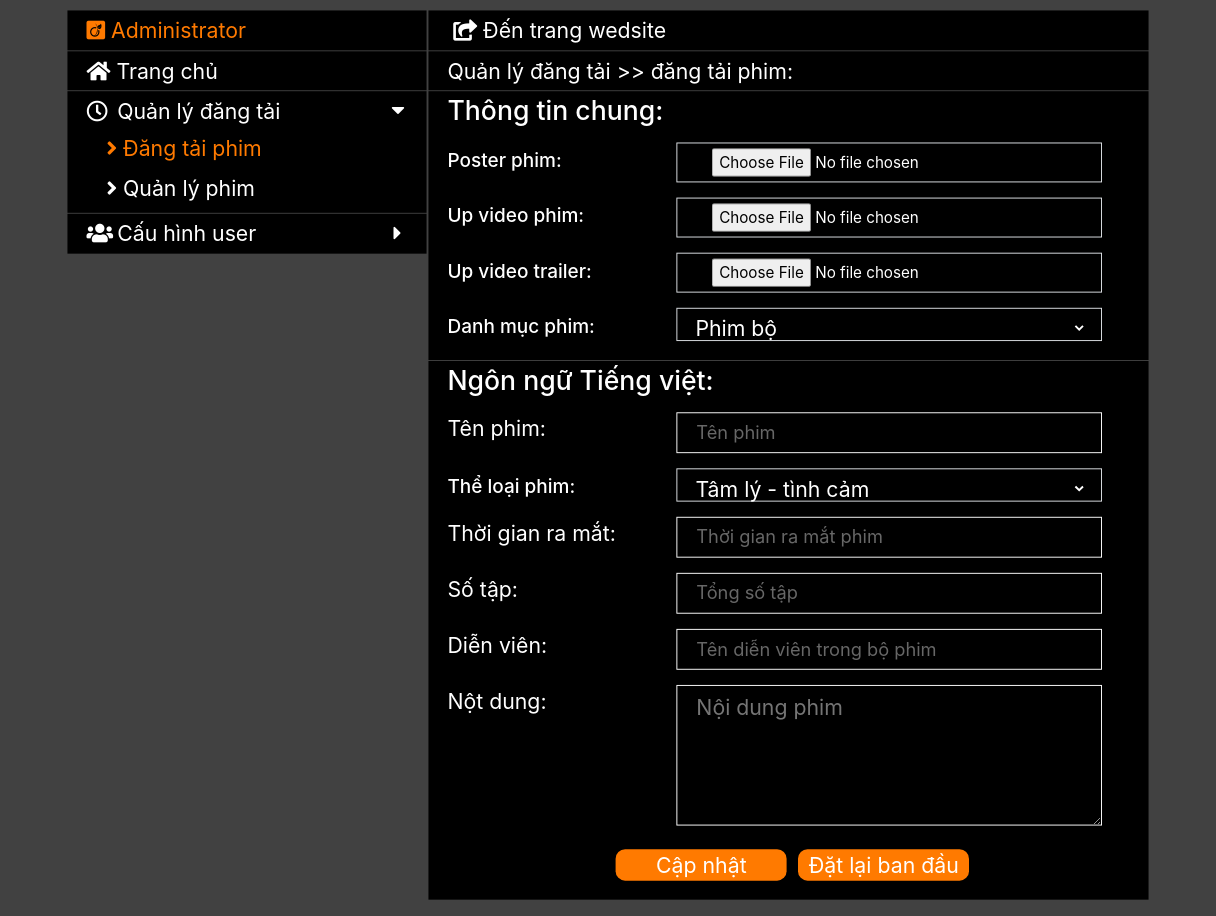
Repository: SonNguyen892002/Lau-Dai-Code
Page: http://localhost/wed-jdbc-1-2023/decorators/admin/dangtaiphim.jsp
These files come from the project's save history. The page is drawn as it stood at one moment and after the next save; the edit follows.
The browser window is 1280 px wide. The pictures show the whole page, at 95% of full size.
The page is served by Tomcat 9. Nobody is signed in. The application's start-up code is not run. Other server files are loaded and not shown.

Above is the page before, as saved 2022-01-16 04:52:15.

### workspace/wed-jdbc-1-2023/src/main/webapp/decorators/admin/dangtaiphim.jsp
<%@ page language="java" contentType="text/html; charset=UTF-8"
	pageEncoding="UTF-8"%>

<%@ include file="header.jsp" %>

<form action="">

	<div class="black p2">
		<h3>Thông tin chung:</h3>

		<div class="row mt">
			<div class="col-xl-4">
				<h5>Poster phim:</h5>
			</div>

			<div class="col-xl-7 border">
				<input class="p2" type="file" name="" id="">
			</div>
		</div>

		<div class="row mt">
			<div class="col-xl-4">
				<h5>Up video phim:</h5>
			</div>

			<div class="col-xl-7 border">
				<input class="p2" type="file" name="" id="">
			</div>
		</div>

		<div class="row mt">
			<div class="col-xl-4">
				<h5>Up video trailer:</h5>
			</div>

			<div class="col-xl-7 border">
				<input class="p2" type="file" name="" id="">
			</div>
		</div>

		<div class="row mt mb">
			<div class="col-xl-4">
				<h5>Danh mục phim:</h5>
			</div>

			<div class="col-xl-7 border">
				<select name="danhmuc" id="">
					<option value="1">Phim bộ</option>
					<option value="2">Phim lẻ</option>
					<option value="3">Phim hoạt hình</option>
					<option value="4">Phim sắp chiếu</option>
				</select>
			</div>
		</div>
	</div>

	<div class="black p2">
		<h3>Ngôn ngữ Tiếng việt:</h3>

		<div class="row mt">
			<div class="col-xl-4">
				<label for="userfim">Tên phim:</label>
			</div>

			<div class="col-xl-7 p0">
				<input type="text" name="" id="userfim" placeholder="Tên phim">
			</div>
		</div>

		<div class="row mt">
			<div class="col-xl-4">
				<h5>Thể loại phim:</h5>
			</div>

			<div class="col-xl-7 border">
				<select name="danhmuc" id="">
					<option value="1">Tâm lý - tình cảm</option>
					<option value="2">Võ thuật</option>
					<option value="3">Phim Thiếu nhi</option>
					<option value="4">Khoa học - viễn tưởng</option>
					<option value="5">Cổ trang</option>
					<option value="6">Kinh dị</option>
					<option value="7">Hài hước</option>
				</select>
			</div>
		</div>

		<div class="row mt">
			<div class="col-xl-4">
				<label for="loock">Thời gian ra mắt:</label>
			</div>

			<div class="col-xl-7 p0">
				<input type="text" name="" id="loock"
					placeholder="Thời gian ra mắt phim">
			</div>
		</div>

		<div class="row mt">
			<div class="col-xl-4">
				<label for="episode">Số tập:</label>
			</div>

			<div class="col-xl-7 p0">
				<input type="text" name="" id="episode" placeholder="Tổng số tập">
			</div>
		</div>

		<div class="row mt">
			<div class="col-xl-4">
				<label for="episode">Diễn viên:</label>
			</div>

			<div class="col-xl-7 p0">
				<input type="text" name="" id="episode" placeholder="Tên diễn viên trong bộ phim">
			</div>
		</div>

		<div class="row mt mb">
			<div class="col-xl-4">
				<label for="textar">Nột dung:</label>
			</div>

			<div class="col-xl-7 p0">
				<textarea name="" id="textar" rows="4" placeholder="Nội dung phim"></textarea>
			</div>
		</div>

		<div class="row center mt mb">
			<div class="col-xl-3 col-lg-3 col-sm-3 col-3 p0">
				<input type="button" value="Cập nhật">
			</div>

			<div class="col-xl-3 col-lg-3 col-sm-3 col-3 p0">
				<input type="reset" value="Đặt lại ban đầu">
			</div>
		</div>
	</div>

</form>

<script>
	const btnA = document.querySelector('.t');
	document.querySelector('#menu').classList.remove('off');
	document.querySelector('#menu a').classList.add('active');
	document.querySelector('.a').classList.add('down');

	btnA.innerHTML = "Quản lý đăng tải >> đăng tải phim:";
</script>

<%@ include file="footer.jsp" %>

### workspace/wed-jdbc-1-2023/src/main/webapp/decorators/admin/header.jsp
<%@ page language="java" contentType="text/html; charset=UTF-8"
    pageEncoding="UTF-8"%>
<!DOCTYPE html>
<html>
<head>
    <meta charset="UTF-8">
    <title>admin</title>
    <link rel="stylesheet" href="./styleadmin.css">
    <link rel="stylesheet" href="../fontawesome-free-5.15.3-web/css/all.min.css">
    <link rel="stylesheet" href="https://cdn.jsdelivr.net/npm/bootstrap@4.6.1/dist/css/bootstrap.min.css">
</head>
<body>

    <div class="container mb">
        <div class="row">

            <div class="col-xl-4 p0">

                <div class="black p2 sz">
                    <i class="fab fa-viadeo-square"></i>
                    Administrator
                </div>

                <div class="black p2">
                    <i class="fas fa-home"></i>
                    Trang chủ
                </div>

                <!-- QUẢN LÝ ĐĂNG TẢI -->
                <div class="black p2">
                    <div id="btn" onclick="Button()" class="row">
                        <div class="col-xl-1">
                            <i class="far fa-clock"></i>
                        </div>

                        <div class="col-xl-9">
                            <span>
                                Quản lý đăng tải
                            </span>
                        </div>

                        <div class="col-xl-2">
                            <span class="a">
                                <i class="fas fa-caret-right"></i>
                            </span>
                        </div>
                    </div>

                    <div id="menu" class="off">
                        <a href="./dangtaiphim.jsp" class="black p2">
                            <i class="fas fa-angle-right"></i>
                            <span>Đăng tải phim</span>
                        </a>

                        <a href="./qlphim.jsp" class="black p2 l">
                            <i class="fas fa-angle-right"></i>
                            <span>Quản lý phim</span>
                        </a>
                    </div>
                </div>

                <!-- CẤU HÌNH USER -->
                <div class="black p2">
                    <div id="btn" onclick="Button1()" class="row">
                        <div class="col-xl-1 col-lg-1 col-sm-1 col-1">
                            <i class="fas fa-users"></i>
                        </div>

                        <div class="col-xl-9 col-lg-9 col-sm-9 col-9">
                            <span>
                                Cấu hình user
                            </span>
                        </div>

                        <div class="col-xl-2 col-lg-2 col-sm-2 col-2">
                            <span class="a1">
                                <i class="fas fa-caret-right"></i>
                            </span>
                        </div>
                    </div>

                    <div id="menu1" class="off">
                        <a href="./tkadmin.jsp" class="black p2">
                            <i class="fas fa-angle-right"></i>
                            <span>Tài khoản admin</span>
                        </a>

                        <a href="./phanquyen.jsp" class="black p2 k">
                            <i class="fas fa-angle-right"></i>
                            <span>Phân quyền</span>
                        </a>

                        <a href="./qluser.jsp" class="black p2 j">
                            <i class="fas fa-angle-right"></i>
                            <span>Quản lý user</span>
                        </a>
                    </div>
                </div>

            </div>

            <div class="col-xl-8 p0">

                <div class="black p2">
                    <a href="../wed/home.jsp" target="_blank">
                        <i class="fas fa-share-square"></i>
                        Đến trang wedsite
                    </a>
                </div>

                <div class="black p2">
                    <span class="t">Quản lý đăng tải >></span>
                </div>

### workspace/wed-jdbc-1-2023/src/main/webapp/decorators/admin/footer.jsp

            </div>
        </div>

    </div>

    <script>
        const navMenu = document.querySelector('#menu');
        const navMenu1 = document.querySelector('#menu1');
        const navDown = document.querySelector('.a');
        const navDown1 = document.querySelector('.a1');

        function Button() {
            navMenu.classList.toggle('off');
            navDown.classList.toggle('down');
        }

        function Button1() {
            navMenu1.classList.toggle('off');
            navDown1.classList.toggle('down');
        }
    </script>

</body>
</html>

### workspace/wed-jdbc-1-2023/src/main/webapp/decorators/admin/styleadmin.css
:root{
    --color-orange: #FF7A00;
    --color-white: rgb(255, 255, 255);
    --background-black: #000;
}

*{
    padding: 0;
    margin: 0;
    box-sizing: border-box;
}

body{
    background-color: #414141 !important;
    font-size: 62.5%;
    font-family: 'Lato', sans-serif;
}

a{
    color: var(--color-white) !important;
    display: block;
    margin: 0 6px;
    transition: 0.2s;
}

.white{
    background-color: var(--color-white);
    color:rgb(73, 22, 22);
    padding: 6px 16px;
}

.backgr{
    background-color: var(--color-white);
    color:#000 !important;
    border-radius: 8px;
}

.backgr:hover{
    background-color: var(--color-orange);
    color:#fff !important;
}

.p3{
    padding: 2px 6px !important;
}

.p4{
    padding: 0 0 0 6px !important;
}

#btn:hover,
a:hover{
    text-decoration: none !important;
    color: var(--color-orange) !important;
    cursor: pointer;
}

.container{
    margin-top: 10px;
}

.black{
    background-color: var(--background-black);
    color: var(--color-white);
    font-size: 1.4rem;
}

.p0{
    padding: 0 !important;
}

.p2{
    padding: 4px 0 4px 20px;
    margin: 1px !important;
}

.mt{
    margin-top: 16px;
}

.m0{
    margin: 0 !important;
}

.mb{
    margin-bottom: 16px;
}

.mr{
    margin-right: 16px;
}

.sz{
    color: var(--color-orange);
}

.off{
    display: none;
}

.down{
    transform:rotate(90deg);
    display: inline-block;
}

.active{
    color: var(--color-orange) !important;
}

.border{
    border: 1px solid #fff;
}

.border input{
    font-size:1rem;
}

h5{
    transform: translateY(30%);
}

select{
    width: 100%;
    background-color: transparent;
    transform: translateY(14%);
    color: #fff;
    outline: none;
    border: none;
}

select option{
    color: #000;
}

input[type="text"],
input[type="password"],
textarea {
    width: 100%;
    background-color: transparent;
    border: 1px solid #fff;
    color: #fff;
    outline: none;
    padding: 6px 0 6px 20px;
    font-size:1.2rem;
}

input[type="text"]::placeholder{
    color: rgba(255, 255, 255, 0.404);
}

input[type="button"],
input[type="reset"]{
    width: 94%;
    color: var(--color-white);
    background-color: var(--color-orange);
    border-radius:10px;
    outline: none;
    border: none;
}

input[type="checkbox"]{
    transform: translateY(18%);
    width: 26px;
    height: 26px;
}

.ct,
td,th{
    text-align: center !important;
}

.center{
    justify-content: center;
}

table{
    width: 98%;
}

th{
    border: 1px solid rgba(255, 72, 0, 0.5);
    font-size: 1.4rem;
    font-weight: 500;
}

td{
    background: var(--color-white);
    border: 1px solid rgba(255, 72, 0, 0.5);
    color: #000;
    font-weight: 900;
}

#btnPassword{
    position: relative;
}

#btnPassword i{
    transform: translateY(20%);
}

#btnPassword::before{
    content: "";
    position: absolute;
    top: 46%;
    left: -8%;
    width: 80%;
    height: 2px;
    background: var(--color-white);
    display: block;
    transform:rotate(45deg);
}

.b::before{
    display: none !important;
}

Loaded but not shown: workspace/wed-jdbc-1-2023/src/main/webapp/template/icon/fontawesome-free-5.15.3-web/css/all.min.css (library)

After the next save:
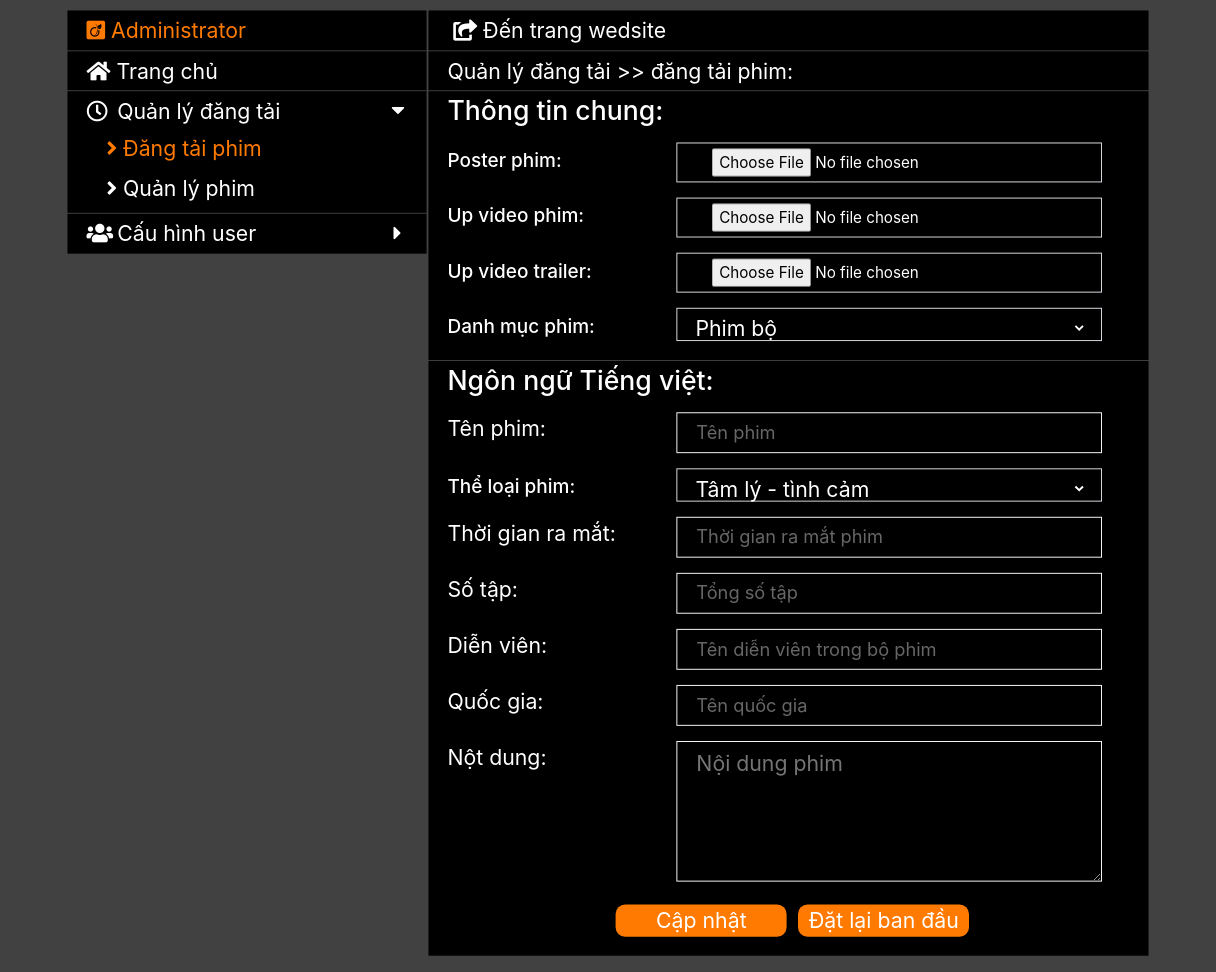
Saved 115 s later.
--- a/workspace/wed-jdbc-1-2023/src/main/webapp/decorators/admin/dangtaiphim.jsp
+++ b/workspace/wed-jdbc-1-2023/src/main/webapp/decorators/admin/dangtaiphim.jsp
@@ -73,7 +73,7 @@
 			</div>
 
 			<div class="col-xl-7 border">
-				<select name="danhmuc" id="">
+				<select name="theloai" id="">
 					<option value="1">Tâm lý - tình cảm</option>
 					<option value="2">Võ thuật</option>
 					<option value="3">Phim Thiếu nhi</option>
@@ -98,21 +98,31 @@
 
 		<div class="row mt">
 			<div class="col-xl-4">
-				<label for="episode">Số tập:</label>
+				<label for="st">Số tập:</label>
 			</div>
 
 			<div class="col-xl-7 p0">
-				<input type="text" name="" id="episode" placeholder="Tổng số tập">
+				<input type="text" name="" id="st" placeholder="Tổng số tập">
 			</div>
 		</div>
 
 		<div class="row mt">
 			<div class="col-xl-4">
-				<label for="episode">Diễn viên:</label>
+				<label for="dv">Diễn viên:</label>
 			</div>
 
 			<div class="col-xl-7 p0">
-				<input type="text" name="" id="episode" placeholder="Tên diễn viên trong bộ phim">
+				<input type="text" name="" id="dv" placeholder="Tên diễn viên trong bộ phim">
+			</div>
+		</div>
+
+		<div class="row mt">
+			<div class="col-xl-4">
+				<label for="qg">Quốc gia:</label>
+			</div>
+
+			<div class="col-xl-7 p0">
+				<input type="text" name="" id="qg" placeholder="Tên quốc gia">
 			</div>
 		</div>
 
